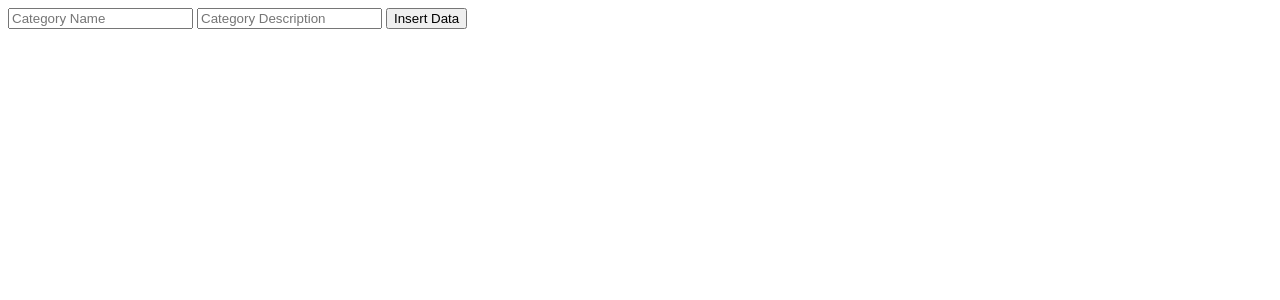
Repository: developerks611/loanweb
Page: http://localhost/loan-web/addcategory.jsp
These files come from the project's save history. The page is drawn as it stood at one moment and after the next save; the edit follows.
The browser window is 1280 px wide. The pictures show the whole page.
The page is served by Tomcat 9. Other server files are loaded and not shown.

Above is the page before, as saved 2023-03-08 06:52:32.

### loan-web/src/main/webapp/addcategory.jsp
<%@ page language="java" contentType="text/html; charset=ISO-8859-1"
    pageEncoding="ISO-8859-1"%>
<!DOCTYPE html>
<html>
<head>
<meta charset="ISO-8859-1">
<title>Category</title>
</head>
<body>
<form action="Insertcategory" method="post">
<input type="text" placeholder="Category Name" name="cname">
<input type="text" placeholder="Category Description" name="cd">
<input type="hidden" name="action" value="inserdata">
<button type="submit">Insert Data</button>
</form>
</body>
</html>

After the next save:
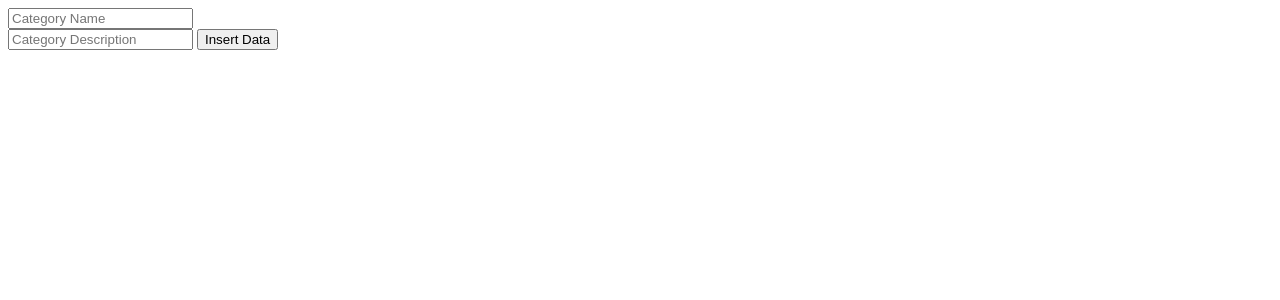
Saved 3 min 43 s later.
--- a/loan-web/src/main/webapp/addcategory.jsp
+++ b/loan-web/src/main/webapp/addcategory.jsp
@@ -8,7 +8,7 @@
 </head>
 <body>
 <form action="Insertcategory" method="post">
-<input type="text" placeholder="Category Name" name="cname">
+<input type="text" placeholder="Category Name" name="cname"><br>
 <input type="text" placeholder="Category Description" name="cd">
 <input type="hidden" name="action" value="inserdata">
 <button type="submit">Insert Data</button>
